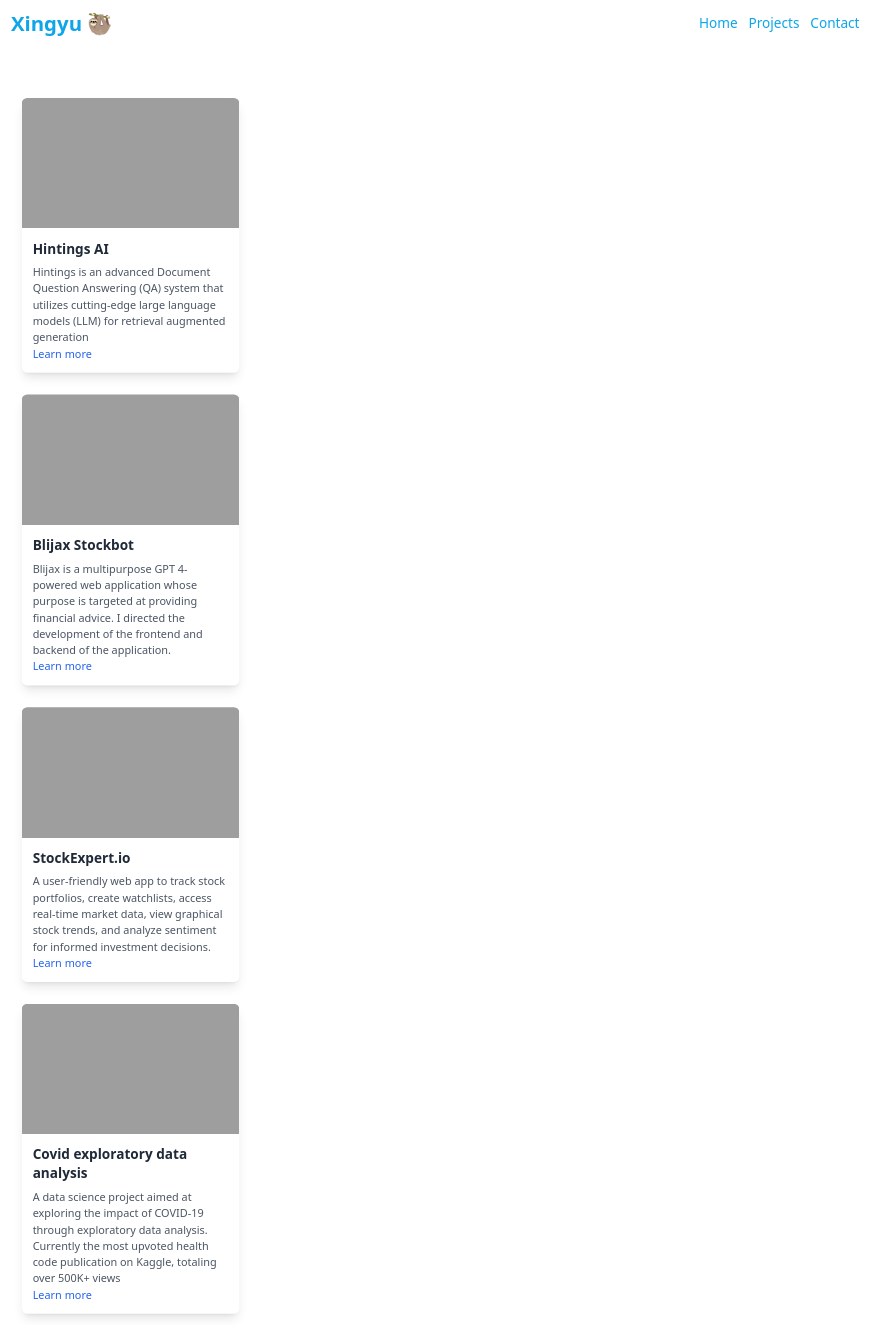
Repository: therealcyberlord/personal-portfolio
Page: /projects
The author's editor kept a copy of each file at every save. The page is drawn from the files as they stood at one save, then again after the next save.
The browser window is 1280 px wide. The page is 1280 px wide, then 1312 px, so the pictures cover 1312 px, including what lies to the right of the window. The pictures show the whole page, at 68% of full size.
Pictures or frames that could not be fetched are drawn as grey boxes. The project was rebuilt for these pictures with package versions that can differ from the ones it lists, and the page was loaded fresh each time. Also part of the build but not shown: vite.config.ts, src/components/Profile.tsx, src/pages/Home.tsx, src/pages/Contact.tsx.

Above is the page before, as saved 2023-08-14 18:52:10.

### src/App.tsx
import { BrowserRouter as Router, Routes, Route } from "react-router-dom";
import Home from "./pages/Home";
import Projects from "./pages/Projects";
import Contact from "./pages/Contact";
import Navbar from "./components/Nav";

function App() {
  return (
    <div className="w-screen h-screen">
      <Router>
        <Navbar />
        <Routes>
          <Route path="/" element={<Home />} />
          <Route path="/projects" element={<Projects />} />
          <Route path="/contact" element={<Contact />} />
        </Routes>
      </Router>
    </div>
  );
}

export default App;

### src/pages/Projects.tsx
import Project from "../components/Project";

const Projects = () => {
  return (
    <div className="px-4 py-4">
      <h1 className="text-white text-2xl md:text-3xl font-medium mb-6">
        My Projects
      </h1>
      <div className="grid gap-8">
        <Project
          name="Hintings AI"
          description="Hintings is an advanced Document Question Answering (QA) system that utilizes cutting-edge large language models (LLM) for retrieval augmented generation"
          img_path="https://github.com/tjpel/HinTinGs/raw/main/frontend/public/hintings_logo_green.png"
          src_path="https://github.com/tjpel/HinTinGs"
        />
        <Project
          name="Blijax Stockbot"
          description="Blijax is a multipurpose GPT 4-powered web application whose purpose is targeted at providing financial advice. I directed the development of the frontend and backend of the application."
          img_path="https://github.com/therealcyberlord/Blijax-Stockbot/raw/main/frontend/src/assets/stockbot.jpg"
          src_path="https://github.com/therealcyberlord/Blijax-Stockbot"
        />

        <Project
          name="StockExpert.io"
          description="A user-friendly web app to track stock portfolios, create watchlists, access real-time market data, view graphical stock trends, and analyze sentiment for informed investment decisions."
          img_path="https://camo.githubusercontent.com/945e5847067c8a1e621a81b5eebf8c460be8d8b7176cc0173696d5fdac405438/68747470733a2f2f696d672e796f75747562652e636f6d2f76692f52686c73683466414550492f302e6a7067"
          src_path="https://github.com/therealcyberlord/StockExpert.io"
        />
        <Project
          name="Covid exploratory data analysis"
          description="A data science project aimed at exploring the impact of COVID-19 through exploratory data analysis. Currently the most upvoted health code publication on Kaggle, totaling over 500K+ views"
          img_path="https://cdn.pixabay.com/photo/2020/05/15/18/46/coronavirus-5174671_1280.jpg"
          src_path="https://www.kaggle.com/code/therealcyberlord/coronavirus-covid-19-visualization-prediction"
        />
      </div>
    </div>
  );
};

export default Projects;

### src/components/Nav.tsx
import { Link } from "react-router-dom";

const Navbar = () => {
  return (
    <nav className="p-4">
      <div className="flex justify-between items-center">
        <div className="text-sky-500 dark:text-sky-400 font-bold text-3xl">
          Xingyu 🦥
        </div>
        <ul className="flex space-x-4">
          <li>
            <Link
              to="/"
              className="text-sky-500 text-xl dark:text-sky-400 hover:text-blue-200 dark:hover:text-blue-200 transition duration-300"
            >
              Home
            </Link>
          </li>
          <li>
            <Link
              to="/projects"
              className="text-sky-500 text-xl dark:text-sky-400 hover:text-blue-200 dark:hover:text-blue-200 transition duration-300"
            >
              Projects
            </Link>
          </li>
          <li>
            <Link
              to="/contact"
              className="text-sky-500 text-xl dark:text-sky-400 hover:text-blue-200 dark:hover:text-blue-200 transition duration-300"
            >
              Contact
            </Link>
          </li>
        </ul>
      </div>
    </nav>
  );
};

export default Navbar;

### src/components/Project.tsx
import React from "react";

interface ProfileProps {
  name: string;
  description: string;
  img_path: string;
  src_path: string;
}

const Profile: React.FC<ProfileProps> = ({
  name,
  description,
  img_path,
  src_path,
}) => {
  return (
    <div className="bg-white dark:bg-gray-700 rounded-lg shadow-lg overflow-hidden w-80 mx-4 transition transform hover:scale-105">
      <img
        className="w-full h-48 object-cover object-center"
        src={img_path}
        alt="Project 1"
      />
      <div className="p-4">
        <h3 className="text-xl font-semibold text-gray-800 dark:text-white">
          {name}
        </h3>
        <p className="mt-2 text-gray-600 dark:text-gray-300">{description}</p>
        <a
          href={src_path}
          className="mt-3 text-blue-600 dark:text-blue-400 hover:underline"
        >
          Learn more
        </a>
      </div>
    </div>
  );
};

export default Profile;

### tailwind.config.js
/** @type {import('tailwindcss').Config} */

export default {
  content: ["./index.html", "./src/**/*.{js,ts,jsx,tsx}"],
  theme: {
    extend: {
      colors: {
        primary: "#202225",
        secondary: "#5865f2",
      },
    },
  },
  plugins: [],
};

Loaded but not shown: src/main.tsx (common file); src/index.css (common file)

After the next save:
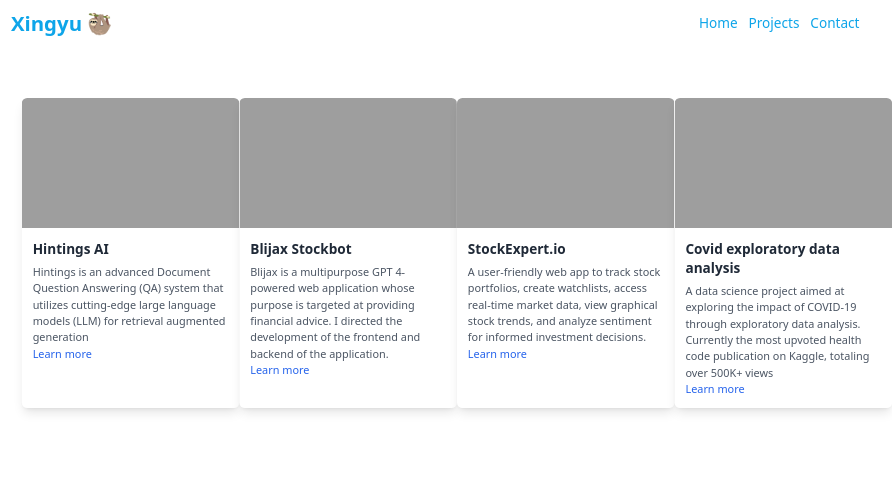
Saved 58 s later.
--- a/src/pages/Projects.tsx
+++ b/src/pages/Projects.tsx
@@ -6,7 +6,7 @@
       <h1 className="text-white text-2xl md:text-3xl font-medium mb-6">
         My Projects
       </h1>
-      <div className="grid gap-8">
+      <div className="grid gap-8 md:grid-cols-2 lg:grid-cols-4">
         <Project
           name="Hintings AI"
           description="Hintings is an advanced Document Question Answering (QA) system that utilizes cutting-edge large language models (LLM) for retrieval augmented generation"
